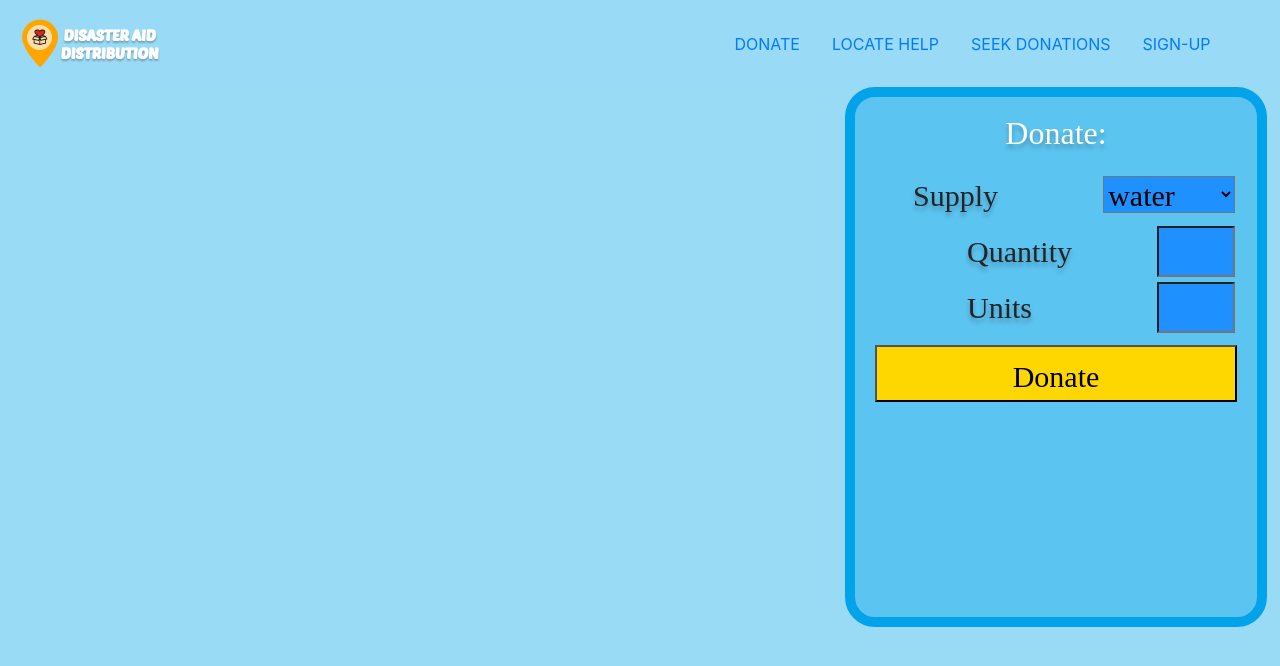
Repository: uprm-inso-4115-2019-2020-S2/semester-project-inso4115-DisasterAid-backend
Page: /donate-modal (app in disaster-aid/)
An editor plug-in stored every save of this project. The page is shown before and after the next save, followed by the edit.
The browser window is 1280 px wide. The pictures show the whole page.
The project was rebuilt for these pictures with package versions that can differ from the ones it lists, and the page was loaded fresh each time. Also part of the build but not shown: disaster-aid/angular.json, disaster-aid/src/app/login/login.component.ts, disaster-aid/src/app/register/register.component.ts, disaster-aid/src/app/home/home.component.ts, disaster-aid/src/app/landing-page/landing-page.component.ts, disaster-aid/src/app/donations/donations.component.ts, disaster-aid/src/app/donations.service.ts.

Above is the page before, as saved 2020-05-09 02:12:32.

### disaster-aid/src/index.html
<!doctype html>
<html lang="en">
<head>
  <meta charset="utf-8">
  <title>DisasterAid</title>
  <base href="/">
  <meta name="viewport" content="width=device-width, initial-scale=1">
  <link rel="icon" type="image/x-icon" href="favicon.ico">
</head>
<body>
  <app-root></app-root>
</body>
</html>

### disaster-aid/src/styles.css
/* You can add global styles to this file, and also import other style files */

html { background-color:rgba(2, 163, 232, 0.4); }

### disaster-aid/src/app/app.module.ts
import { BrowserModule } from '@angular/platform-browser';
import { NgModule } from '@angular/core';
import { FormsModule, ReactiveFormsModule } from '@angular/forms';



import { AppRoutingModule } from './app-routing.module';
import { AppComponent } from './app.component';
import { RegisterComponent } from './register/register.component';
import { LoginComponent } from './login/login.component';
import { HttpClientModule } from '@angular/common/http';
import { HomeComponent } from './home/home.component'
import { UserApiService } from './userapi.service';
import { LandingPageComponent } from './landing-page/landing-page.component';
import { DonationsComponent } from './donations/donations.component';
import { DonateModalComponent } from './donate-modal/donate-modal.component';


@NgModule({
  declarations: [
    AppComponent,
    RegisterComponent,
    LoginComponent,
    HomeComponent,
    LandingPageComponent,
    DonationsComponent,
    DonateModalComponent,
  ],
  imports: [
    BrowserModule,
    AppRoutingModule,
    FormsModule,
    ReactiveFormsModule,
    HttpClientModule
  ],
  providers: [UserApiService],
  bootstrap: [AppComponent]
})
export class AppModule { }

### disaster-aid/src/app/app-routing.module.ts
import { NgModule } from '@angular/core';
import { Routes, RouterModule } from '@angular/router';
import {LoginComponent} from './login/login.component';
import { RegisterComponent } from './register/register.component';
import { HomeComponent } from './home/home.component';
import { LandingPageComponent } from './landing-page/landing-page.component';
import { DonationsComponent } from './donations/donations.component';
import { DonateModalComponent} from './donate-modal/donate-modal.component';


const routes: Routes = [
  { path: '', redirectTo: '/landing_page', pathMatch: 'full'}, //Make home the default landing page
  { path: 'register', component: RegisterComponent},
  { path: 'login', component: LoginComponent },
  { path: 'home', component: HomeComponent},
  { path: 'landing_page', component: LandingPageComponent },
  { path: 'my-donations', component: DonationsComponent },
  { path: 'donate-modal', component: DonateModalComponent},

];

@NgModule({
  imports: [RouterModule.forRoot(routes)],
  exports: [RouterModule]
})
export class AppRoutingModule { }

### disaster-aid/src/app/app.component.ts
import { Component } from '@angular/core';

@Component({
  selector: 'app-root',
  templateUrl: './app.component.html',
  styleUrls: ['./app.component.css']
})
export class AppComponent {
  title = 'disaster-aid';
}

### disaster-aid/src/app/userapi.service.ts
import { Injectable } from '@angular/core';
import { HttpClient, HttpErrorResponse, HttpHeaders } from '@angular/common/http';
import { User } from './user';
import { Observable, throwError } from 'rxjs';
import { catchError } from 'rxjs/operators';


@Injectable({
  providedIn: 'root'
})
export class UserApiService {

  constructor(private httpClient:HttpClient) { }

  private _handleError(error: HttpErrorResponse | any) {
    let data = {};
                data = {
                    reason: error && error.error.reason ? error.error.reason : '',
                    status: error.status
                };
                console.error(data);
                return throwError(error);
  }

    public server:String = " http://localhost:5000/";

   public getUsers() : Observable<User[]> {
     return this.httpClient
     .get<User[]>(this.server + "DAD/users")
     .pipe(catchError (this._handleError));
   }

   public getUser(userID : String): Observable<User> {
    return this.httpClient
    .get<User>(this.server + `DAD/users/${userID}`)
    .pipe(catchError (this._handleError));
  }

  public createUser(user: User): Observable<any> {

    const httpOptions = {
      headers: new HttpHeaders ({
        'Content-Type':'application/json',
        'Accept': 'application/json'
      })
    };
    return this.httpClient
    .post(this.server + "DAD/users", user, httpOptions)
    .pipe(catchError (this._handleError));;
  }


}

### disaster-aid/src/app/donate-modal/donate-modal.component.ts
import { Component, OnInit } from '@angular/core';

@Component({
  selector: 'app-donate-modal',
  templateUrl: './donate-modal.component.html',
  styleUrls: ['./donate-modal.component.css']
})
export class DonateModalComponent implements OnInit {

  constructor() { }

  ngOnInit(): void {
  }

}

### disaster-aid/src/app/donate-modal/donate-modal.component.html
<nav class="navbar navbar-light" style="background-color: rgba(2, 163, 232, 0.4);">
    <a class="navbar-brand mr-1" href="#"><img src="/assets/DAD_logo.png" style="width: 50%;"></a>
    <ul class="nav navbar-justified navbar-right ml-auto" style="margin-right: 3%;">
        <li class="nav-item">
            <a class="nav-link menuItem" routerLink="/my-donations"  >DONATE</a>
        </li>
        <li class="nav-item">
            <a class="nav-link menuItem"  href="#">LOCATE HELP</a>
        </li>
        <li class="nav-item">
            <a class="nav-link menuItem" href="#">SEEK DONATIONS</a>
        </li>
        <li class="nav-item">
            <a class="nav-link menuItem"  routerLink="/register" routerLinkActive="active">SIGN-UP</a>
        </li>
    </ul>
</nav>

<div class="donateBox">
    <p style="font-size: xx-large; text-align: center; padding-top: 3%; color: white;">Donate:</p>
    <!-- <form [formGroup]="loginForm" (ngSubmit)="onSubmit(loginForm.value)"> -->
        <div style="text-align: right; padding-right: 22px;">
            <div>
                <label for="Supply" style=" width:50%; text-align:left;">Supply</label>
                <select id="supply" name="supply" class="select">
                    <option value="water">water</option>
                    <option value="food">food</option>
                    <option value="medicine">medicine</option>
                    <option value="clothing">clothing</option>

                </select>
            </div>
            <div>
                <label for="quantity" style="width:50%; text-align:left;">Quantity</label>
                <input type="number" class="select" id="quantity" name="quantity" min="1" max="5">
            </div>
            <div>
                <label for="units" style="width:50%; text-align:left;">Units</label>
                <input type="number" class="select" id="quantity" name="quantity" min="1" max="5">
            </div>
        </div>

        <div style="text-align: center;  padding-top: 7px;">
            <button class="donateButton" type="submit">Donate</button>
        </div>
    <!-- </form> -->

    <!-- <div style="text-align: center; padding-top: 5px; font-size: large;">
        <label style="color: white; padding-right: 5px;">Don't have an account?</label>
        <a routerLink="/register" routerLinkActive="active" style="color:#FFBC40 ;">Sign up</a>
    </div> -->

</div>

### disaster-aid/src/app/donate-modal/donate-modal.component.css
.donateBox {
    position: absolute;
    width: 33%;
    height: 75%;
    left: 66%;
    /* right: 10%;
    top: 10%; */

    background: rgba(2, 163, 232, 0.4);
    border: 10px solid #02A3E8;
    border-radius: 30px;
    font-family: 'Fredoka One', cursive;
    font-family: 'Gochi Hand', cursive;
    text-shadow: 0px 4px 4px rgba(0, 0, 0, 0.25);
    font-size: 30px;
}


.donateButton{
    text-align: center;
    padding-top: 7px;
    background: gold;
    width: 90%;
    /* font-size:30px */
}

.select{
    background-color: dodgerblue;
    /* display: none; */
    position: relative;
    font-family: 'Gochi Hand', cursive;
}

Loaded but not shown: disaster-aid/src/main.ts (common file); disaster-aid/src/environments/environment.ts (common file); disaster-aid/src/app/app.component.html (common file); disaster-aid/src/app/app.component.css (no stored copy; drawn as an empty file)

After the next save:
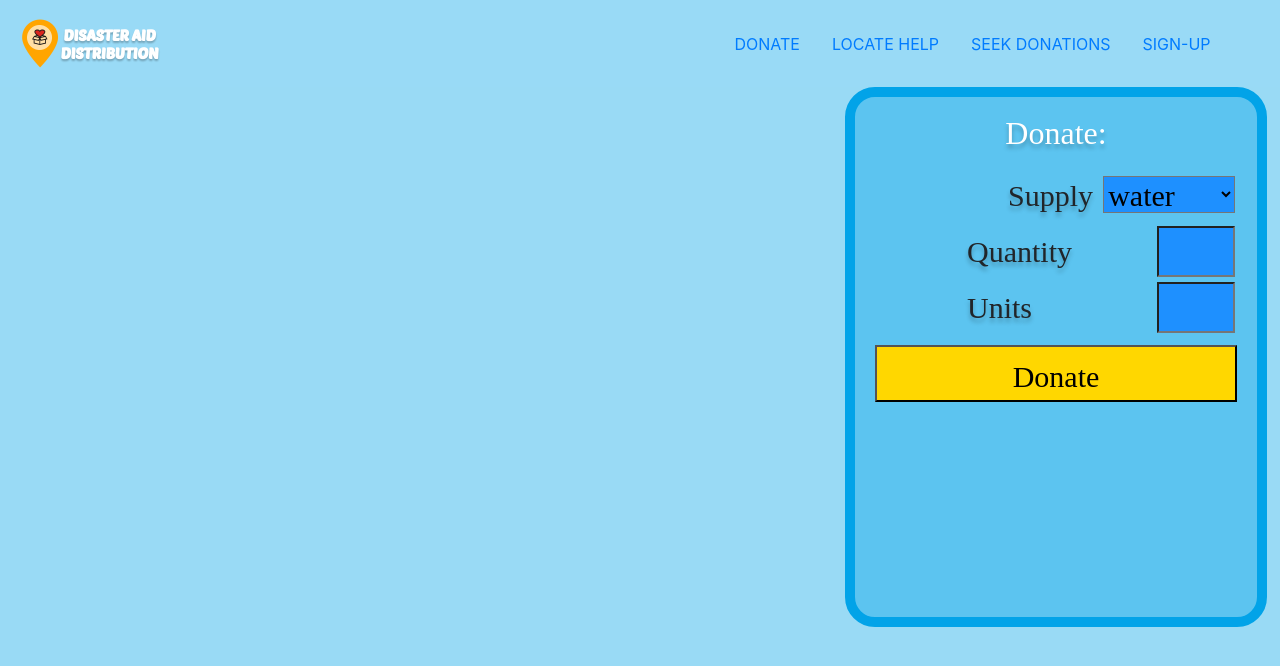
Saved 48 s later.
--- a/disaster-aid/src/app/donate-modal/donate-modal.component.html
+++ b/disaster-aid/src/app/donate-modal/donate-modal.component.html
@@ -21,7 +21,7 @@
     <!-- <form [formGroup]="loginForm" (ngSubmit)="onSubmit(loginForm.value)"> -->
         <div style="text-align: right; padding-right: 22px;">
             <div>
-                <label for="Supply" style=" width:50%; text-align:left;">Supply</label>
+                <label for="Supply" style=" width:25%; text-align:left;">Supply</label>
                 <select id="supply" name="supply" class="select">
                     <option value="water">water</option>
                     <option value="food">food</option>
